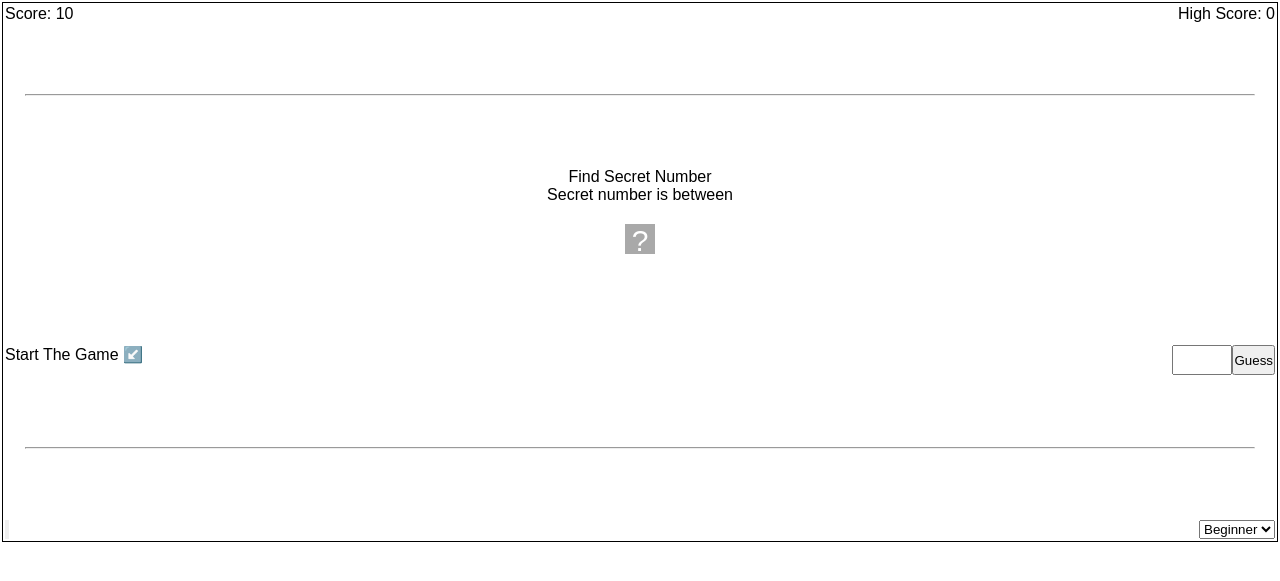
Repository: baziz22/Vanilla_JS_Projects
Page: secret_number/index.html
An editor plug-in stored every save of this project. The page is shown before and after the next save, followed by the edit.
The browser window is 1280 px wide. The pictures show the whole page.

Above is the page before, as saved 2022-02-19 23:12:50.
Console error: TypeError: Cannot set properties of null (setting 'textContent')

After the next save:
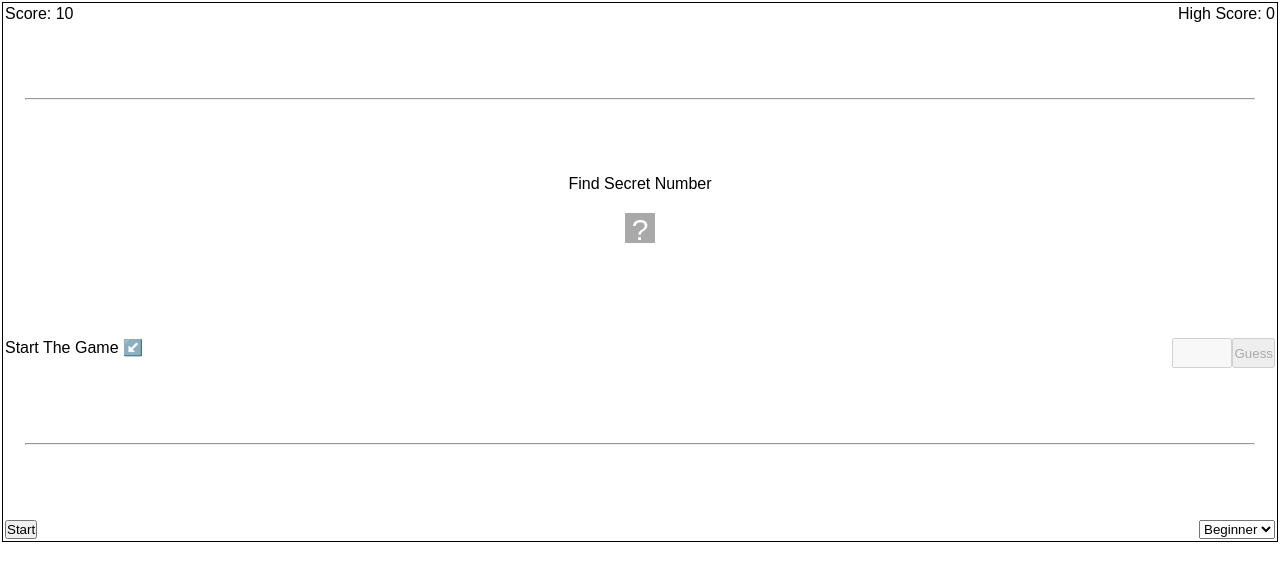
The error is gone.
Saved 9 s later.
--- a/secret_number/secret_number.js
+++ b/secret_number/secret_number.js
@@ -56,7 +56,7 @@ const rule = (between, attrValue) => {
   document.getElementById('guess-box').setAttribute('max', attrValue);
 };
 
-let start_btn = document.getElementById('start');
+let start_btn = document.getElementById('start-btn');
 start_btn.textContent = 'Start';
 let secretNumber;
 let secretNumberBox = document.getElementById('the-secret');
